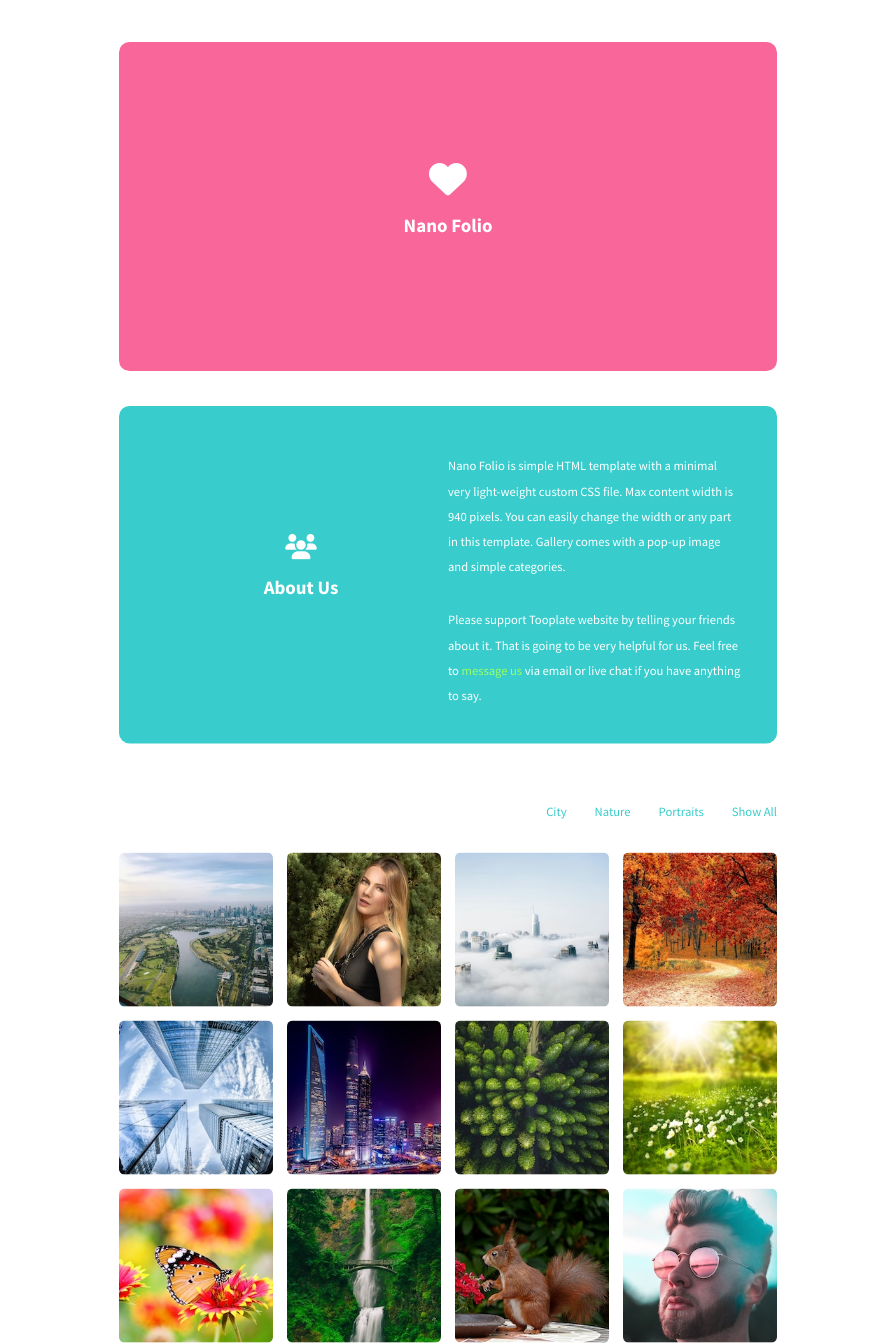
Repository: BuiVanVu102/Tooplate
Page: index.html
These files come from the project's save history. The page is drawn as it stood at one moment and after the next save; the edit follows.
The browser window is 1280 px wide. The pictures show the part of the page from y = 0 to 1920 px (the page is 2582 px tall), at 70% of full size.
Some web libraries are served in a nearby version. The style sheet was rebuilt from its Sass, Less or Tailwind sources for each picture, by a compiler version that may differ from the author's.

Above is the page before, as saved 2021-11-17 09:18:00.

### index.html
<!DOCTYPE html>
<html lang="en">
<head>
	<meta charset="UTF-8">
	<meta http-equiv="X-UA-Compatible" content="IE=edge">
	<meta name="viewport" content="width=device-width, initial-scale=1.0">
	<link rel="preconnect" href="https://fonts.googleapis.com">
	<link rel="preconnect" href="https://fonts.gstatic.com" crossorigin>
	<link href="https://fonts.googleapis.com/css2?family=Source+Sans+Pro:wght@400;700&display=swap" rel="stylesheet">
	<link rel="stylesheet" href="./css/app.css">
	<title>Nano Folio - Live View</title>
</head>
<body>
		<div class="wrapper">
			<main>
				<section class="first">
					<div class="container">
						<div class="first__container">
							<i class="fas fa-heart fa-3x"></i>
							<h1 class="first__name">Nano Folio</h1>
						</div>
					</div>
				</section>
				<section class="about">
					<div class="container">
						<div class="about__container">
							<div class="about__heading">
								<i class="fas fa-users fa-2x"></i>
								<h2 class="about__name">
									About Us
								</h2>
							</div>
							<div class="about__desc">
								<p class="about__typography1">
									Nano Folio is simple HTML template with a minimal very light-weight custom CSS file. Max content width is 940 pixels. You can easily change the width or any part in this template. Gallery comes with a pop-up image and simple categories.
								</p>
								<p class="about__typography2">
									Please support Tooplate website by telling your friends about it. That is going to be very helpful for us. Feel free to <a rel="nofollow" href="https://www.tooplate.com/contact" target="_blank" style="color: #99FF66;">message us</a>  via email or live chat if you have anything to say.
								</p>
							</div>
						</div>
					</div>
				</section>
				<section class="show">
					<div class="container">
						<div class="show__container">
							<div class="show__header">
								<ul class="menu">
									<li class="menu__item"><a href="#!">City</a></li>
									<li class="menu__item"><a href="#!">Nature</a></li>
									<li class="menu__item"><a href="#!">Portraits</a></li>
									<li class="menu__item"><a href="#!">Show All</a></li>
								</ul>
							</div>
							<div class="show__list">
								<div class="show__img">
									<img src="./images/city-1.jpg" alt="">
								</div>
								<div class="show__img">
									<img src="./images/human-1.jpg" alt="">
								</div>
								<div class="show__img">
									<img src="./images/city-2.jpg" alt="">
								</div>
								<div class="show__img">
									<img src="./images/nature-1.jpg" alt="">
								</div>
								<div class="show__img">
									<img src="./images/city-3.jpg" alt="">
								</div>
								<div class="show__img">
									<img src="./images/city-4.jpg" alt="">
								</div>
								<div class="show__img">
									<img src="./images/nature-2.jpg" alt="">
								</div>
								<div class="show__img">
									<img src="./images/nature-3.jpg" alt="">
								</div>
								<div class="show__img">
									<img src="./images/nature-4.jpg" alt="">
								</div>
								<div class="show__img">
									<img src="./images/nature-5.jpg" alt="">
								</div>
								<div class="show__img">
									<img src="./images/nature-6.jpg" alt="">
								</div>
								<div class="show__img">
									<img src="./images/human-2.jpg" alt="">
								</div>

							</div>
						</div>
					</div>
				</section>
				<section class="form">
					<div class="container">
						<div class="form__container">
							<div class="form__submit">
								<input type="text" name="" id="" placeholder="name">
								<input type="email" name="" id="" placeholder="email">
								<textarea name="" id="" cols="30" rows="10" placeholder="message"></textarea>
								<button type="submit">send</button>
							</div>
							<div class="form__info">
								<address class="form__adress">120 Curabitur sed tortor ultrices, congue odio eget, posuere urna. Praesent at rhoncus 10680</address>
								<div class="form__phone">
									Tel: <a href="tel:0100200340" class="form__phone-link">010-020-0340</a>
								</div>
								<div class="form__network">
									<a href="https://facebook.com"><i class="fab fa-facebook"></i></a>
									<a href="https://twitter.com"><i class="fab fa-twitter"></i></a>
									<a href="https://instagram.com"><i class="fab fa-instagram"></i></a>

								</div>
							</div>
							<div class="form__contact">
								<i class="fas fa-map-pin fa-3x"></i>
								<h2 class="form__contact-text">
									Contact
								</h2>
							</div>
						</div>
					</div>
				</section>
			</main>
			<footer class="footer">
				<div class="container">
					<div class="footer__container">

					Copyright 2020 Nano Folio - Design: <a rel="sponsored" href="https://www.tooplate.com" class="footer__link">Tooplate</a>
					</div>
				</div>
			</footer>
		</div>
		<script src="https://kit.fontawesome.com/33b4a28a88.js" crossorigin="anonymous"></script>
</body>
</html>

### sass/app.scss
@import 'variable';
@import 'reset';
@import 'global';
@import 'first';
@import 'about';
@import 'show';
@import 'form';
@import 'footer';

### sass/_variable.scss
$font: 'Source Sans Pro', sans-serif;
$text-color: #ffff;
$title-color: #38cccc;

### sass/_reset.scss
html {
	box-sizing: border-box;
  }
  * {
	margin: 0;
	padding: 0;
  }
  *,
  *:before,
  *:after {
	box-sizing: border-box;
  }
  input,
  textarea,
  select,
  button {
	outline: none;
  }
  input {
	line-height: normal;
  }
  label,
  button {
	cursor: pointer;
  }
  a {
	text-decoration: none;
  }
  img {
	display: block;
	max-width: 100%;
  }

### sass/_global.scss
body {
	line-height: 2em;
	color: $font;
	font-size: 18px;
	font-family: $font;
	font-weight: 400;
	background-color: white;
	overflow-x: hidden;
}

.wrapper {
	max-width: 100%;
	margin: 0 auto;
}
.container {
	width: 100%;
	max-width: 970px;
	margin: 0 auto;
	padding: 0px 15px;
}

### sass/_first.scss
.first {
	margin-top: 60px;
	&__container{
		display: flex;
		flex-direction: column;
		justify-content: center;
		align-items: center;
		border-radius: 15px;
		max-width: 940px;
		height: 470px;
		background-color: #f96699;
		color: white;
		margin-bottom: 50px;

	}
	&__name {
		margin: 22px 0;
	}
}
.fa-hear:before {
	content: "\f004";
}

### sass/_about.scss
.about {
	margin-top: 0px;
	&__container {
		display: flex;
		justify-content: center;
		align-items: center;

		padding: 50px 50px;
		margin-bottom: 80px;

		min-height: 482px;
		max-width: 940px;
		background-color: #38cccc;
		color: white;

		border-radius: 15px;
	}
	&__heading {
		display: flex;
		flex-direction: column;
		align-items: center;
		justify-content: center;

		min-width: 420px;
	}
	&__name {
		margin:  22px 0;
		font-size: 1.5em;
		font-weight: bold;
	}
	&__decs {
		display: flex;
		flex-direction: column;
		justify-content: center;
		align-items: center;

	}
	&__typography1 {
		display: block;
		margin: 18px 0 40px;
		font: 18px;
	}
	&__typography2 {
		display: block;
		margin: 18px 0 0;
		font: 18px;
	}
}
.fa-user:before {
	content: "\f0c0";
}
p {
	display: block;
    margin-block-start: 1em;
    margin-block-end: 1em;
    margin-inline-start: 0px;
    margin-inline-end: 0px;
}

### sass/_show.scss
.show {
	margin-bottom: 80px;
	&__container {
		display: block;
	}
	&__header {
		display: flex;
		justify-content: flex-end;
		align-items: center;
		margin-bottom: 40px;
		color: #38CCCC;
	}
	&__list {
		display: grid;
		grid-template-columns: repeat(4, 1fr);
		gap: 20px;

		position: relative;
	}
	&__img img{
		width: 220px;
		height: 220px;
		border-radius: 0.5rem;
	}

}

.menu {
	list-style: none;
	display: flex;
	align-items: center;
	gap: 0 40px;


	&__item a {
		color: inherit;
		font-size: 18px;
	}
	&__item a:focus{
		color: #f96699;
	}
}

### sass/_form.scss
.form {
	margin-bottom: 50px;
	&__container {
		display: flex;
		justify-content: space-between;
		align-self: center;

		max-width: 940px;
		height: 438px;

		color: white;
		background-color: #99CCCC;

		padding: 50px 20px;

		border-radius: 15px;
	}
	&__submit {
		display: block;
		width: 40%;
	}
	&__submit  input{
		display: block;
		font-family: $font;
		font-size: 1rem;
		background: transparent;
		color: white;
		border: 0;
		border-bottom: 1px solid white;
		padding: 15px 0;
		margin-top: 5px;
		margin-bottom: 5px;
		width: 100%;
	}
	&__submit textarea {
		font-family: $font;
		font-size: 1rem;
		background:transparent;
		border: 0;
		border-bottom: 1px solid white;
		color: white;
		padding: 15px 0;
		margin: 5px 0 30px;
		max-width: 100%;
		max-height: 156px;
	}
	&__submit input:focus-visible {
		outline-offset: 0px;
		outline: -webkit-focus-color auto 1px;
		outline-color: -webkit-focus-ring-color;
		outline-style: auto;
		outline-width: 1px;
	}
	&__submit textarea:focus-visible {
		outline-offset: 0px;
		outline: -webkit-focus-ring-color auto 1px;
		outline-color: -webkit-focus-ring-color;
		outline-style: auto;
		outline-width: 1px;
	}
	&__submit button {
		display: block;

		background: none;
		color: white;
		font-size: 1rem;
		border: 0;
		cursor: pointer;
		transition: all 0.3s ease;

		margin-left: auto;
		margin-right: 0;
	}
	&__submit button:hover {
		color: black;
	}
	&__submit button:focus-visible {
		outline-offset: 0px;
		outline: -webkit-focus-ring-color auto 1px;
		outline-color: -webkit-focus-ring-color;
		outline-style: auto;
		outline-width: 1px;
	}
	&__info {
		display: block;

		width: 40%;
		padding: 20px 34px 0;
	}
	&__adress{
		display: block;
		margin-bottom: 30px;
		font-style: normal;
		font-size: 18px;

		max-width: 292px;
	}
	&__phone {
		display: block;
		margin-bottom: 40px;
		color: white;
		&-link {
			color: inherit;
			transition: all 0.3s ease;
		}
		&-link:hover {
			color: #38CCCC;
		}
	}
	&__network {
		display: flex;

	}
	&__network a {
		display: flex;
		justify-content: center;
		align-items: center;

		height: 40px;
		width: 40px;

		background-color: #ffff;
		margin-right: 15px;

		color: #99cccc;
		transition: all 0.3s ease;
	}
	&__network a:hover {
		color: #30ADAD;
	}
	&__contact {
		display: flex;
		flex-direction: column;
		align-items: center;
		justify-content: center;

		width: 20%;
		padding: 0 34px;
		&-text {
			display: block;
			margin: 22.4px;
			font-size: 1.5em;
			font-weight: bold;

		}
	}
}
::placeholder {
	color: white;

}

.fa-facebook:before {
	content: "\f09a";
}
.fa-twitter:before {
    content: "\f099";
}
.fa-instagram:before {
    content: "\f16d";
}
.fa-map-pin:before {
    content: "\f276";
}

### sass/_footer.scss
.footer {
	margin-bottom: 60px;
	&__container {
		display: block;
		color: #999999;
		text-align: center;
	}
	&__link {
		color:#999999;
		transition: all 0.3s ease;
	}
	&__link:hover {
		color: #38CCCC;
	}

}

After the next save:
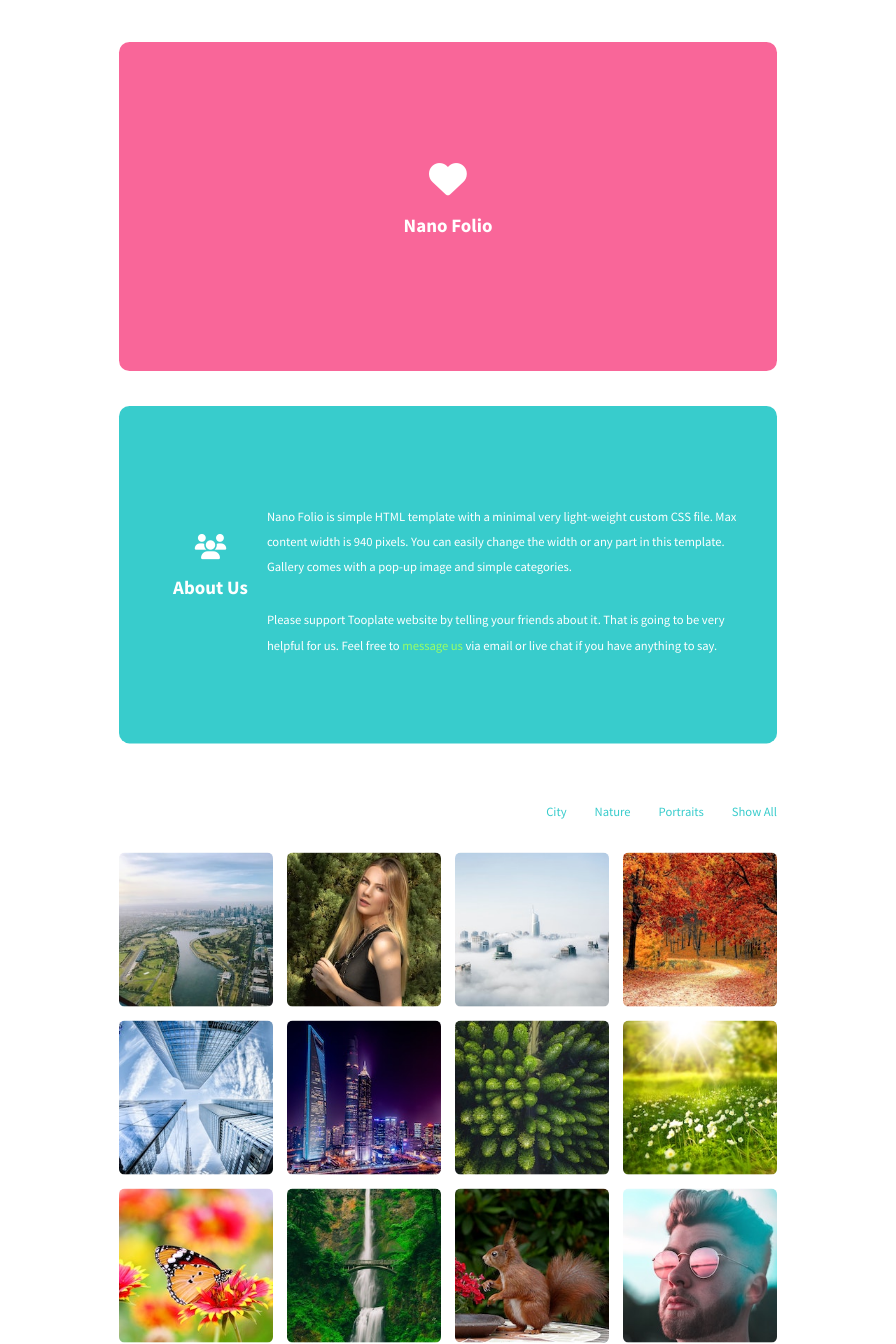
Saved 8 s later.
--- a/sass/_about.scss
+++ b/sass/_about.scss
@@ -21,7 +21,7 @@
 		align-items: center;
 		justify-content: center;
 
-		min-width: 420px;
+		width: 420px;
 	}
 	&__name {
 		margin:  22px 0;
